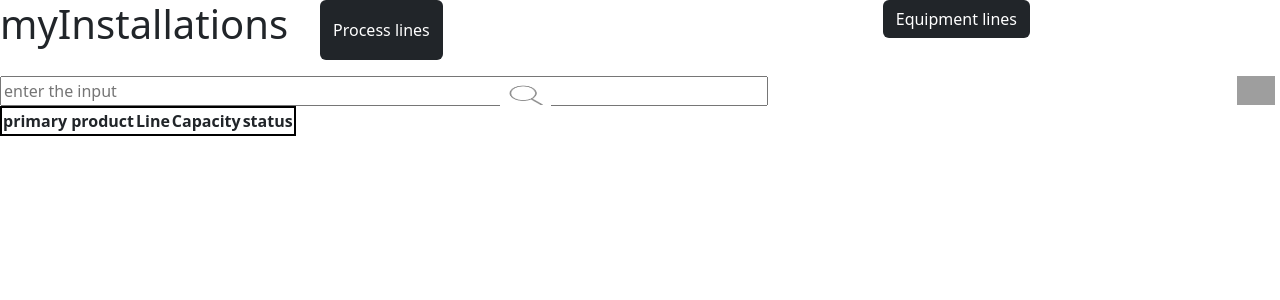
Repository: sreech465/evin3
Page: /pdetails
The author's editor kept a copy of each file at every save. The page is drawn from the files as they stood at one save, then again after the next save.
The browser window is 1280 px wide. The pictures show the whole page.
Pictures or frames that could not be fetched are drawn as grey boxes. The page's requests for data from a server got no answer. The project was rebuilt for these pictures with package versions that can differ from the ones it lists, and the page was loaded fresh each time. No one was signed in, and anything a server would have sent is missing. Also part of the build but not shown: src/Login.js, src/Display.js, src/Posts.js, src/Pagination.js, src/Details.js, src/Equipment.js, src/process.css, src/Learning.js and 2 more.

Above is the page before, as saved 2022-10-29 18:35:35.

### src/index.js
import React from "react";
import ReactDOM from "react-dom/client";
import "./index.css";
import App from "./App";
import reportWebVitals from "./reportWebVitals";
import { Provider } from "react-redux";
import store from "./store";
import "bootstrap/dist/css/bootstrap.min.css";
const root = ReactDOM.createRoot(document.getElementById("root"));
root.render(
  <React.StrictMode>
    <Provider store={store}>
      <App />
    </Provider>
  </React.StrictMode>
);

// If you want to start measuring performance in your app, pass a function
// to log results (for example: reportWebVitals(console.log))
// or send to an analytics endpoint. Learn more: https://bit.ly/CRA-vitals
reportWebVitals();

### src/App.js
import React from "react";
import { Routes, Route } from "react-router-dom";
import { BrowserRouter } from "react-router-dom";
import Login from "./Login";
import Display from "./Display";
import Details from "./Details";
import Process from "./Process";
import Equipment from "./Equipment";
import Learning from "./Learning";
import ProcessDetails from "./ProcessDetails";
import EquipDetails from "./EquipDetails";

const App = () => {
  return (
    <div className="App">
      <BrowserRouter>
        <Routes>
          <Route path="/" element={<Login />} />
          <Route path="/display" element={<Display />} />
          <Route path="/details" element={<Details />} />
          <Route path="/pdetails" element={<Process />} />
          <Route path="/elearning" element={<Learning />} />
          <Route path="/equipment" element={<Equipment />} />
          <Route path="/pdetails/:id" element={<ProcessDetails />} />
          <Route path="/equipment/:id" element={<EquipDetails />} />
        </Routes>
      </BrowserRouter>
    </div>
  );
};

export default App;

### src/store.js
import { applyMiddleware, createStore } from "redux";
import thunk from "redux-thunk";

import { singleReducer } from "./combineReducer";

const store = createStore(singleReducer, applyMiddleware(thunk));

export default store;

### src/Process.js
import React, { useState, useEffect } from "react";
import { useSelector, useDispatch } from "react-redux";
import { getProcesslines } from "./Actions";
import Headertabs from "./Headertabs";
import { Routes, Route } from "react-router-dom";
import { BrowserRouter } from "react-router-dom";
import Equipment from "./Equipment";
import { Link } from "react-router-dom";
import CustomSearchBar from "./CustomSearchBar";
import "./process.css";

const Process = () => {
  const dispatch = useDispatch();

  const access_token = useSelector(
    (state) => state.LoginReducer.auth.access_token
  );
  console.log(access_token);

  const ProcessData = useSelector((state) => state.ProcessReducer.Data101);
  console.log(ProcessData);

  useEffect(() => {
    dispatch(getProcesslines(access_token));
  }, []);

  const [tab, setTab] = useState("Process Line");
  const tabs = (data) => {
    setTab(data);
  };

  return (
    <>
      <Headertabs />

      <CustomSearchBar data={tab === "Process Line" ? ProcessData : ""} />

      <table style={{ border: "2px solid black" }}>
        <tr style={{ border: "2px solid black" }}>
          <th>primary product</th>
          <th>Line</th>
          <th>Capacity</th>
          <th>status</th>
        </tr>

        {ProcessData &&
          ProcessData.data.length > 0 &&
          ProcessData.data.map((element) => {
            <tr>
              <td>
                <img
                  src={element.primary_product_details.primary_product_image}
                />
              </td>

              <td>{element.name}</td>
              <td>
                {element.line_capacity} {element.org_location_name}.
              </td>
              <td>
                {" "}
                <Link to={`/pdetails/${element.id}`}>
                  <button class="btn btn-primary">Details</button>
                </Link>
              </td>
              {/* </div> */}
            </tr>;
          })}
      </table>
    </>
  );
};

export default Process;

### src/combineReducer.js
import { combineReducers } from "redux";
import {
  equipmentReducer,
  equipmentReducer1,
  LoginReducer,
  processReducer,
  processReducer1,
  projectReducer,
} from "./Reducer";

export const singleReducer = combineReducers({
  LoginReducer: LoginReducer,
  ProjectReducer: projectReducer,
  ProcessReducer: processReducer,
  ProcessReducer1: processReducer1,
  EquipmentReducer: equipmentReducer,
  EquipmentReducer1: equipmentReducer1,
});

### src/Actions.js
import axios from "axios";

import {
  LOGIN_SUCESS,
  PROCESS_SUCESS,
  PROJECT_SUCESSC,
  EQUIPMENT_SUCESS,
  EQUIPMENT_SUCESSC,
  PROJECT_SUCESS,
} from "./types";

const apiBaseUrl = "http://52.139.224.15:81/account/";
const adminbaseurl = "http://52.139.224.15:81/";
const baseUrl = "http://52.139.224.15:81/account/login/";

export const loginAction = (username, password, navigate) => {
  console.log(username, password, "action");
  return async (dispatch) => {
    const formData = {
      username: username,
      password: password,
    };

    try {
      await axios.post(baseUrl, formData).then((response) => {
        console.log("response from api", response.data);
        if (response.status == 200) {
          dispatch({ type: LOGIN_SUCESS, payload: response.data });
          navigate("/display");
        }
      });
    } catch (err) {
      console.log(err);
    }
  };
};

export const getProjectDetails = (access_token) => {
  console.log(access_token);
  return async (dispatch) => {
    let config = {
      headers: { Authorization: `Bearer ${access_token}` },
    };

    try {
      await axios
        .get(
          "http://52.139.224.15:81/my_project_list/?search=&page?limit=5&ordering=-id&project_status=&solution_org=",
          config
        )
        .then((response) => {
          console.log("response from api", response);
          if (response.status == 200) {
            dispatch({ type: PROCESS_SUCESS, payload: response.data.results });
          }
        });
    } catch (err) {
      console.log(err);
    }
  };
};

export const getProcesslines = (access_token) => {
  console.log(access_token);
  return async (dispatch) => {
    let config = {
      headers: { Authorization: `Bearer ${access_token}` },
    };

    try {
      await axios
        .get(
          "http://52.139.224.15:81/end_user/process_line/?primary_product=all&org_location=&query=&page=1&sort_by=-id&installed_by=",
          config
        )
        .then((response) => {
          console.log("response from api", response);
          if (response.status == 200) {
            dispatch({ type: PROJECT_SUCESS, payload: response });
          }
        });
    } catch (err) {
      console.log(err);
    }
  };
};

export const getProcesslines1 = (access_token, id) => {
  console.log(access_token);
  console.log(id);

  return async (dispatch) => {
    let config = {
      headers: { Authorization: `Bearer ${access_token}` },
    };

    try {
      await axios
        .get(
          `http://52.139.224.15:81/end_user/process_line/?line_id=${id}`,
          config
        )
        .then((response) => {
          console.log("response from api", response);
          if (response.status == 200) {
            dispatch({ type: PROJECT_SUCESSC, payload: response });
          }
        });
    } catch (err) {
      console.log(err);
    }
  };
};

export const getEquipmentDetails = (access_token) => {
  console.log(access_token);
  return async (dispatch) => {
    let config = {
      headers: { Authorization: `Bearer ${access_token}` },
    };

    try {
      await axios
        .get(
          "http://52.139.224.15:81/tagged_equipment_list/?search=&page=1&ordering=-status&process_line__org_location__name=&process_line__name=&system=&oem_org_id=&process_line__primary_product_ref__name=&equipment_select=&process_line__installed_by=",
          config
        )
        .then((response) => {
          console.log("response from api", response);
          if (response.status == 200) {
            dispatch({ type: EQUIPMENT_SUCESS, payload: response });
          }
        });
    } catch (err) {
      console.log(err);
    }
  };
};

export const getEquipmentDetails1 = (access_token, id) => {
  console.log(access_token);
  console.log(id);
  return async (dispatch) => {
    let config = {
      headers: { Authorization: `Bearer ${access_token}` },
    };

    try {
      await axios
        .get(
          `http://52.139.224.15:81/tagged_equipment_list/?installed_equipment_id=${id}`,
          config
        )
        .then((response) => {
          console.log("response from api", response);
          if (response.status == 200) {
            dispatch({ type: EQUIPMENT_SUCESSC, payload: response });
          }
        });
    } catch (err) {
      console.log(err);
    }
  };
};

### src/Headertabs.js
import React from "react";
import "./styles.css";
import { Link } from "react-router-dom";

const Headertabs = () => {
  return (
    <>
      <div style={{ display: "flex" }}>
        <h1>myInstallations</h1>
        <nav className="nav">
          <ul
            style={{
              textDecoration: "none",
              display: "flex",
              justifyContent: "space-around",
            }}
          >
            <li style={{ listStyleType: "none" }}>
              <Link to="/pdetails">
                <button
                  style={{ height: 60, color: "white" }}
                  className="btn btn-text-white bg-dark"
                >
                  Process lines
                </button>
              </Link>
            </li>
            <li style={{ listStyleType: "none", marginLeft: 440 }}>
              <Link to="/equipment">
                <button
                  style={{ color: "white" }}
                  className="btn btn-text-white bg-dark"
                >
                  Equipment lines
                </button>
              </Link>
            </li>
          </ul>
        </nav>
      </div>
    </>
  );
};

export default Headertabs;

### src/CustomSearchBar.js
import React, { useEffect, useState } from "react";

const CustomSearchBar = (props) => {
  const [array, setArray] = useState([]);
  const [input, setInput] = useState("");
  const [suggestions, setSuggestions] = useState([]);
  useEffect(() => {
    setArray(props.data);
  }, [props.data]);
  const handleSearch = (name) => {
    // console.log(props.tab)
    setInput(name);
  };

  return (
    <>
      <div style={{ display: "flex" }}>
        <input
          style={{ width: "60%", boxShadow: "inherit" }}
          type="text"
          onChange={(name) => {
            handleSearch(name);
          }}
          placeholder="enter the input"
          color="black"
        />

        <div>
          <img
            src="http://52.139.224.15:9090/assets/svg-icon/ic_filter.svg"
            style={{
              width: "3%",
              position: "absolute",
              right: 5,
              WebkitBorderBeforeColor: "darkgrey",
            }}
          />
        </div>

        <div>
          <img
            src="data:[embedded picture, 1318 characters]"
            style={{
              width: "4%",
              height: "4%",
              position: "absolute",
              left: 500,
              marginTop: 5,
            }}
          />
        </div>
      </div>
    </>
  );
};

export default CustomSearchBar;

### src/Reducer.js
import {
  EQUIPMENT_SUCESS,
  EQUIPMENT_SUCESSC,
  LOGIN_SUCESS,
  PROCESS_SUCESS,
  PROJECT_SUCESS,
  PROJECT_SUCESSC,
} from "./types";
const initialState = {
  auth: {
    access_token: "",
    username: "",
    role_permissions: [],
  },
  Data100: "",
};

export const LoginReducer = (state = initialState, action) => {
  // console.log(action);

  switch (action.type) {
    case LOGIN_SUCESS:
      return {
        ...state,

        auth: action.payload,
      };

    default:
      return state;
  }
};

export const projectReducer = (state = initialState, action) => {
  // console.log(action);

  switch (action.type) {
    case PROCESS_SUCESS:
      return {
        ...state,

        Data100: action.payload,
      };

    default:
      return state;
  }
};

export const processReducer = (state = initialState, action) => {
  // console.log(action);

  switch (action.type) {
    case PROJECT_SUCESS:
      return {
        ...state,

        Data101: action.payload,
      };

    default:
      return state;
  }
};

export const processReducer1 = (state = initialState, action) => {
  // console.log(action);

  switch (action.type) {
    case PROJECT_SUCESSC:
      return {
        ...state,

        TOM: action.payload,
      };

    default:
      return state;
  }
};

export const equipmentReducer = (state = initialState, action) => {
  // console.log(action);

  switch (action.type) {
    case EQUIPMENT_SUCESS:
      return {
        ...state,

        Data102: action.payload,
      };

    default:
      return state;
  }
};

export const equipmentReducer1 = (state = initialState, action) => {
  // console.log(action);

  switch (action.type) {
    case EQUIPMENT_SUCESSC:
      return {
        ...state,

        JERRY: action.payload,
      };

    default:
      return state;
  }
};

### src/types.js
export const LOGIN_SUCESS = "LOGIN_SUCESS";
export const PROCESS_SUCESS = "PROCESS_SUCESS";
export const PROJECT_SUCESS = "PROJECT_SUCESS";
export const EQUIPMENT_SUCESS = "EQUIPMENT_SUCESS";
export const EQUIPMENT_SUCESSC = "EQUIPMENT_SUCESSC";
export const PROJECT_SUCESSC = "PROJECT_SUCESSC";

### src/styles.css
* {
    box-sizing: border-box;
}

body {
    margin:0;

}

.nav {
    background-color:'white';
    color:white;
    display: flex;
    justify-content: space-between;
    align-items: center;
    gap: 2rem;
    padding: 0 1rem;
}

.nav a {
    color:inherit
}

Loaded but not shown: public/index.html (common file); src/index.css (common file); src/reportWebVitals.js (common file)

After the next save:
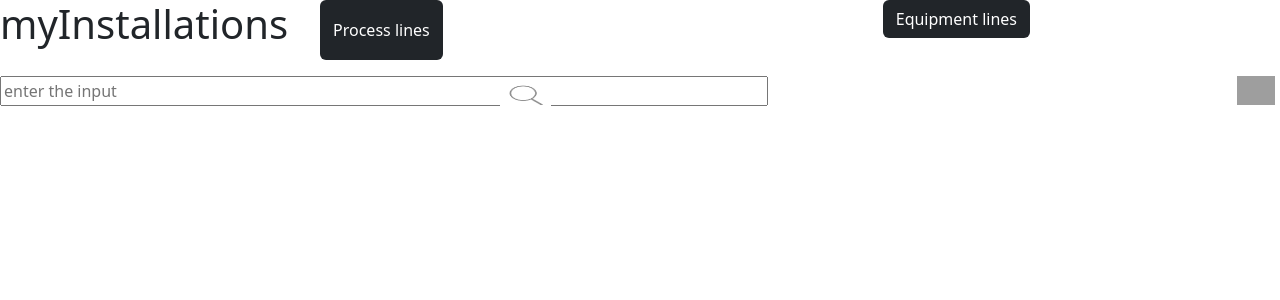
Saved 38 s later.
--- a/src/Process.js
+++ b/src/Process.js
@@ -35,38 +35,34 @@ const Process = () => {
 
       <CustomSearchBar data={tab === "Process Line" ? ProcessData : ""} />
 
-      <table style={{ border: "2px solid black" }}>
-        <tr style={{ border: "2px solid black" }}>
-          <th>primary product</th>
-          <th>Line</th>
-          <th>Capacity</th>
-          <th>status</th>
-        </tr>
-
+      <>
         {ProcessData &&
           ProcessData.data.length > 0 &&
           ProcessData.data.map((element) => {
-            <tr>
-              <td>
-                <img
-                  src={element.primary_product_details.primary_product_image}
-                />
-              </td>
-
-              <td>{element.name}</td>
-              <td>
-                {element.line_capacity} {element.org_location_name}.
-              </td>
-              <td>
-                {" "}
-                <Link to={`/pdetails/${element.id}`}>
-                  <button class="btn btn-primary">Details</button>
-                </Link>
-              </td>
-              {/* </div> */}
-            </tr>;
+            return (
+              <>
+                <div style={{ display: "flex", border: "5px solid gray" }}>
+                  <img
+                    style={{ width: 100, height: 100 }}
+                    class="card-img-top"
+                    src={element.primary_product_details.primary_product_image}
+                    alt="Card image cap"
+                  />
+                  <div style={{ marginLeft: "20" }}>
+                    <h5 class="card-title">{element.name}</h5>
+                    <p class="card-text">
+                      {element.line_capacity} {element.org_location_name}.
+                    </p>
+                    <Link to={`/pdetails/${element.id}`}>
+                      <button class="btn btn-primary">Details</button>
+                    </Link>
+                  </div>
+                </div>
+              </>
+            );
           })}
-      </table>
+      </>
+      {/* ) : ( "loading" ); */}
     </>
   );
 };
